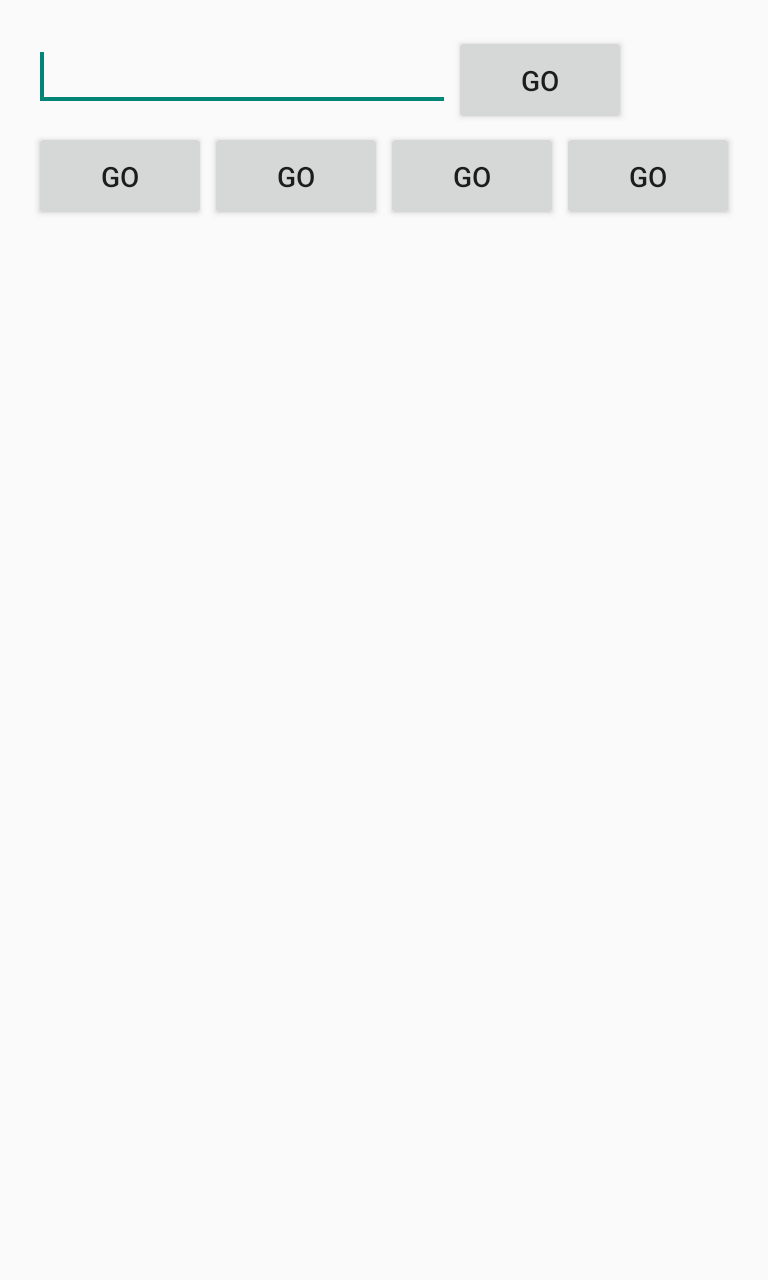
Repository: Attaphon1996/Engineering-Stuff
Layout: OSource/Android Play/Android_Projects/Bruno/res/layout/activity_main.xml
The author's editor kept a copy of each file at every save. The layout is drawn from the files as they stood at one save, then again after the next save.
It is drawn on a 768 x 1280 px phone screen (xhdpi) without system bars, with theme AppTheme; the app's code is not run.

Above is the layout before, as saved 2014-12-23 17:30:41.

### OSource/Android Play/Android_Projects/Bruno/res/layout/activity_main.xml
<LinearLayout xmlns:android="http://schemas.android.com/apk/res/android"
    xmlns:tools="http://schemas.android.com/tools"
    android:layout_width="match_parent"
    android:layout_height="match_parent"
    android:paddingBottom="@dimen/activity_vertical_margin"
    android:paddingLeft="@dimen/activity_horizontal_margin"
    android:paddingRight="@dimen/activity_horizontal_margin"
    android:paddingTop="@dimen/activity_vertical_margin"
    tools:context="com.mundheyrohan.bruno.MainActivity"
    android:orientation="vertical" >
<LinearLayout
    android:layout_width="wrap_content"
    android:layout_height="wrap_content"
    android:orientation="horizontal"
    android:weightSum="100">
    <EditText
        android:id="@+id/editText1"
        android:layout_width="match_parent"
        android:layout_height="wrap_content"
        android:ems="10"
        android:layout_weight="40"
         >

        <requestFocus />
    </EditText>

    <Button
        android:id="@+id/button1"
        android:layout_width="wrap_content"
        android:layout_height="wrap_content"
        android:text="@string/go"
        android:layout_weight="60" />

    </LinearLayout>

<LinearLayout
    android:layout_width="wrap_content"
    android:layout_height="wrap_content"
    android:orientation="horizontal"
    android:weightSum="100"
    >
    <Button
        android:id="@+id/button1"
        android:layout_width="wrap_content"
        android:layout_height="wrap_content"
        android:text="@string/go"
        android:layout_weight="25" />
    <Button
        android:id="@+id/button1"
        android:layout_width="wrap_content"
        android:layout_height="wrap_content"
        android:text="@string/go"
        android:layout_weight="25" />
    <Button
        android:id="@+id/button1"
        android:layout_width="wrap_content"
        android:layout_height="wrap_content"
        android:text="@string/go"
        android:layout_weight="25" />
    <Button
        android:id="@+id/button1"
        android:layout_width="wrap_content"
        android:layout_height="wrap_content"
        android:text="@string/go"
        android:layout_weight="25" />


</LinearLayout>



</LinearLayout>

### OSource/Android Play/Android_Projects/Bruno/res/values/strings.xml
<?xml version="1.0" encoding="utf-8"?>
<resources>

    <string name="app_name">Bruno</string>
    <string name="hello_world">Hello world!</string>
    <string name="action_settings">Settings</string>
    <string name="go">GO</string>

</resources>

Loaded but not shown: OSource/Android Play/Android_Projects/Bruno/res/values/styles.xml (common file); OSource/Android Play/Android_Projects/Bruno/res/values-v11/styles.xml (common file); OSource/Android Play/Android_Projects/Bruno/res/values-v14/styles.xml (common file); OSource/Android Play/Android_Projects/Bruno/res/values/dimens.xml (common file); OSource/Android Play/Android_Projects/Bruno/res/values-w820dp/dimens.xml (common file)

After the next save:
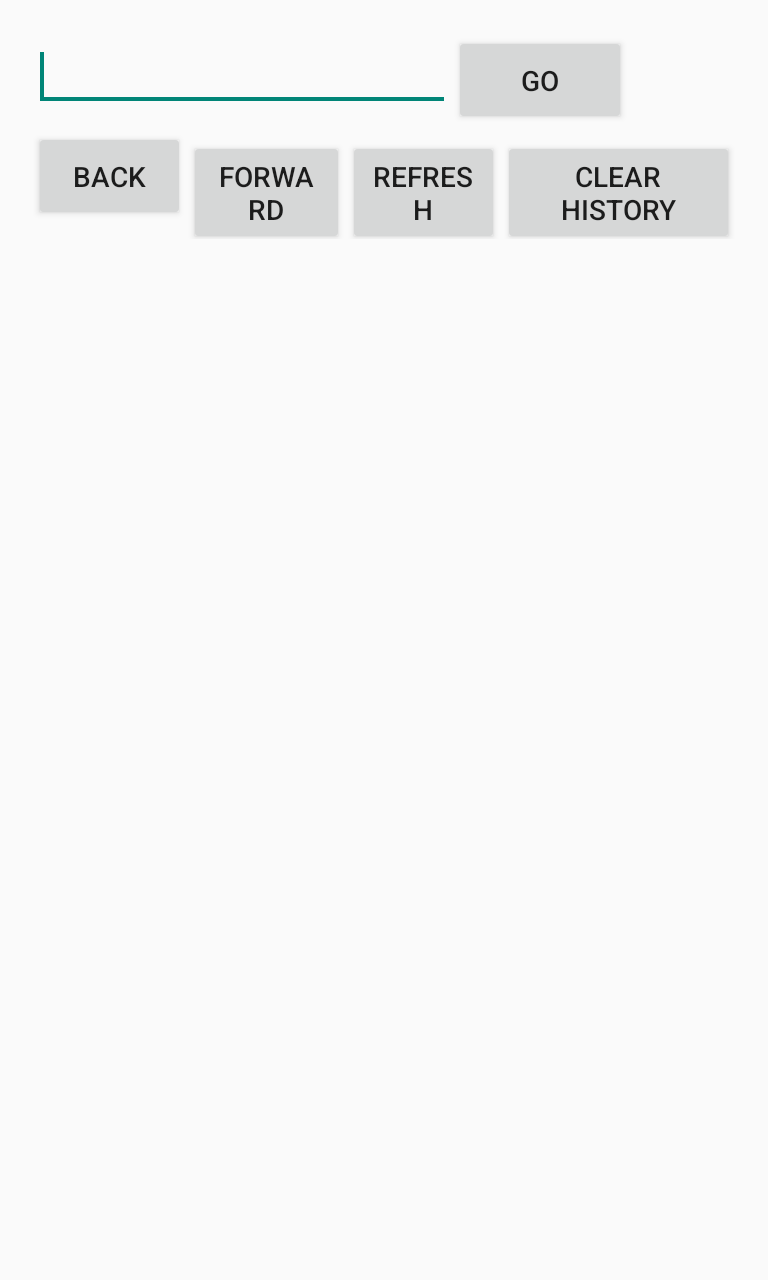
Saved 77 s later.
--- a/OSource/Android Play/Android_Projects/Bruno/res/layout/activity_main.xml
+++ b/OSource/Android Play/Android_Projects/Bruno/res/layout/activity_main.xml
@@ -43,25 +43,25 @@
         android:id="@+id/button1"
         android:layout_width="wrap_content"
         android:layout_height="wrap_content"
-        android:text="@string/go"
+        android:text="Back"
         android:layout_weight="25" />
     <Button
         android:id="@+id/button1"
         android:layout_width="wrap_content"
         android:layout_height="wrap_content"
-        android:text="@string/go"
+        android:text="Forward"
         android:layout_weight="25" />
     <Button
         android:id="@+id/button1"
         android:layout_width="wrap_content"
         android:layout_height="wrap_content"
-        android:text="@string/go"
+        android:text="Refresh"
         android:layout_weight="25" />
     <Button
         android:id="@+id/button1"
         android:layout_width="wrap_content"
         android:layout_height="wrap_content"
-        android:text="@string/go"
+        android:text="Clear History"
         android:layout_weight="25" />
 
 
